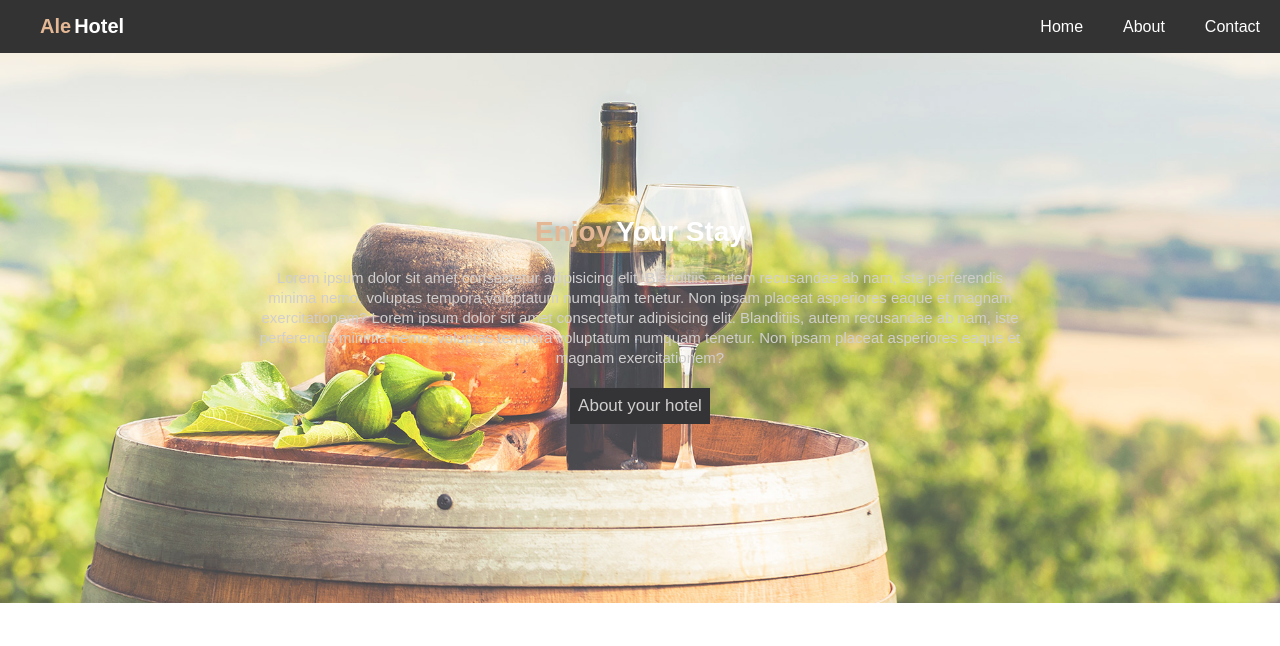
Repository: Ngoc28/HTML-CSS
Page: aleHoltel/index.html
These files come from the project's save history. The page is drawn as it stood at one moment and after the next save; the edit follows.
The browser window is 1280 px wide. The pictures show the whole page.

Above is the page before, as saved 2023-08-06 00:00:33.

After the next save:
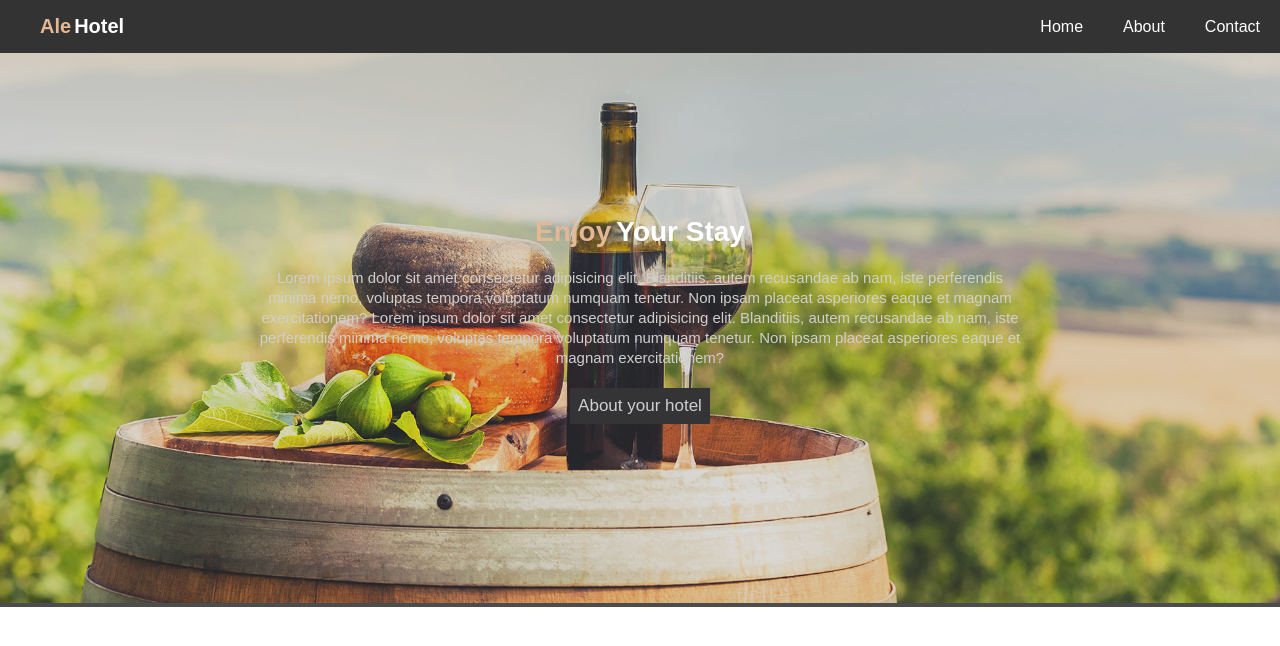
Saved 12 s later.
--- a/aleHoltel/style.css
+++ b/aleHoltel/style.css
@@ -69,11 +69,11 @@ header {
     position: relative;
     top: 53px;
     bottom: 0;
-    opacity: .8;
+    background: rgba(0, 0, 0, 0.7);
 }
 
 .about-img img {
-    background: rgba(0, 0, 0, 0.7);
+    opacity: .8;
     object-fit: cover;
 }
 
